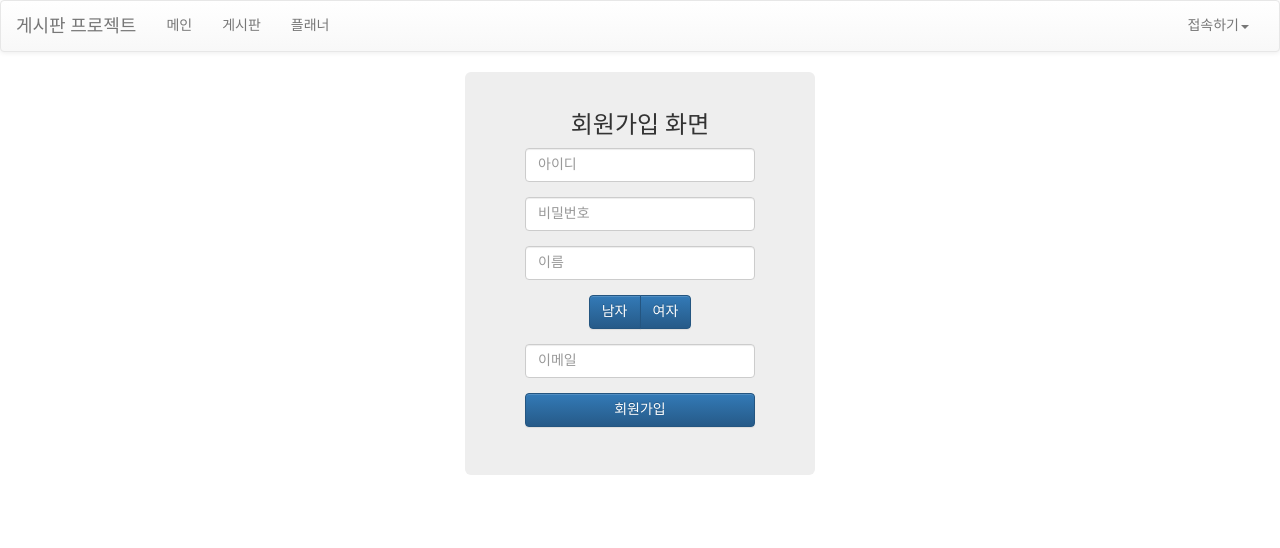
Repository: Seok7975/JSP-Education
Page: http://localhost/ToDoList공유_게시판_ver3/join.jsp
These files come from the project's save history. The page is drawn as it stood at one moment and after the next save; the edit follows.
The browser window is 1280 px wide. The pictures show the whole page.
Some web fonts or font styles are not loaded; a fallback is used. Some web libraries are served in a nearby version. The page is served by Tomcat 9. Other server files are loaded and not shown.

Above is the page before, as saved 2024-06-20 08:20:02.

### List_Projects_ver3/ToDoList공유 게시판_ver3/src/main/webapp/join.jsp
<%@ page language="java" contentType="text/html; charset=UTF-8"
    pageEncoding="UTF-8"%>
<!DOCTYPE html>
<html>
<head>
<meta http-equiv="Content-Type" content="text/html; charset=UTF-8">
<meta name="viewport" content="width=device-width, initial-scale=1">
<!-- Latest compiled and minified CSS -->
<link rel="stylesheet" href="https://cdn.jsdelivr.net/npm/bootstrap@3.3.7/dist/css/bootstrap.min.css" integrity="sha384-BVYiiSIFeK1dGmJRAkycuHAHRg32OmUcww7on3RYdg4Va+PmSTsz/K68vbdEjh4u" crossorigin="anonymous">
<!-- Optional theme -->
<link rel="stylesheet" href="https://cdn.jsdelivr.net/npm/bootstrap@3.3.7/dist/css/bootstrap-theme.min.css" integrity="sha384-rHyoN1iRsVXV4nD0JutlnGaslCJuC7uwjduW9SVrLvRYooPp2bWYgmgJQIXwl/Sp" crossorigin="anonymous">
<!-- jQuery (necessary for Bootstrap's JavaScript plugins) -->
<script src="https://code.jquery.com/jquery-3.1.1.min.js"></script>
<!-- Latest compiled and minified JavaScript -->
<script src="https://cdn.jsdelivr.net/npm/bootstrap@3.3.7/dist/js/bootstrap.min.js" integrity="sha384-Tc5IQib027qvyjSMfHjOMaLkfuWVxZxUPnCJA7l2mCWNIpG9mGCD8wGNIcPD7Txa" crossorigin="anonymous"></script>
<link rel="stylesheet" href="css/jumbotronCustom.css">
<title>JSP 게시판 웹 사이트</title>
</head>
<body>
	<nav class="navbar navbar-default">
		<div class="container-fluid">
			<div class="navbar-header">
				<button type="button" class="navbar-toggle collapsed" data-toggle="collapse" data-target="#bs-example-navbar-collapse-1" aria-expanded="false">
					<span class="sr-only">Toggle navigation</span>
					<span class="icon-bar"></span>
					<span class="icon-bar"></span>
					<span class="icon-bar"></span>
				</button>
				<a class="navbar-brand" href="main.jsp">게시판 프로젝트</a>
			</div>
			<div class="collapse navbar-collapse" id="bs-example-navbar-collapse-1">
				<ul class="nav navbar-nav">
					<li><a href="main.jsp">메인</a></li>
					<li><a href="bbs.jsp">게시판</a></li>
					<li><a href="planner/planner.jsp">플래너</a></li>
				</ul>
				<ul class="nav navbar-nav navbar-right">
					<li class="dropdown">
						<a href="#" class="dropdown-toggle" data-toggle="dropdown" role="button" aria-haspopup="true" aria-expanded="false">접속하기<span class="caret"></span></a>
						<ul class="dropdown-menu">
							<li><a href="login.jsp">로그인</a></li>
							<li class="active"><a href="join.jsp">회원가입</a></li>
						</ul>
					</li>
				</ul>
			</div>
		</div>
	</nav>
	<div class="container">
		<div class="col-lg-4"></div>
		<div class="col-lg-4">
			<div class="jumbotron" style="padding-top: 20px;">
				<form method="post" action="joinAction.jsp">
					<h3 style="text-align: center;">회원가입 화면</h3>
					<div class="form-group">
						<input type="text" class="form-control" placeholder="아이디" name="userID" required maxlength="20">
					</div>
					<div class="form-group">
						<input type="password" class="form-control" placeholder="비밀번호" name="userPassword" required maxlength="20">
					</div>
					<div class="form-group">
						<input type="text" class="form-control" placeholder="이름" name="userName" required maxlength="20">
					</div>
					<div class="form-group" style="text-align: center;">
						<div class="btn-group" data-toggle="buttons">
							<label class="btn btn-primary">
								<input type="radio" name="userGender" value="남자" autocomplete="off" required> 남자 <!-- autocomplete="off" -->
							</label>
							<label class="btn btn-primary">
								<input type="radio" name="userGender" value="여자" autocomplete="off" required> 여자
							</label>
						</div>
					</div>
					<div class="form-group">
						<input type="email" class="form-control" placeholder="이메일" name="userEmail" required maxlength="20">
					</div>
					<input type="submit" class="btn btn-primary form-control" value="회원가입">
				</form>
			</div>
		</div>
		<div class="col-lg-4"></div>
	</div>
</body>
</html>

### List_Projects_ver3/ToDoList공유 게시판_ver3/src/main/webapp/css/jumbotronCustom.css

@import url(http://fonts.googleapis.com/earlyaccess/nanumgothic.css);
@import url(http://fonts.googleapis.com/earlyaccess/hanna.css);
* {
	font-family : 'Nanum Gothic';
}

h1 {
	font-family : 'Hanna';
}

After the next save:
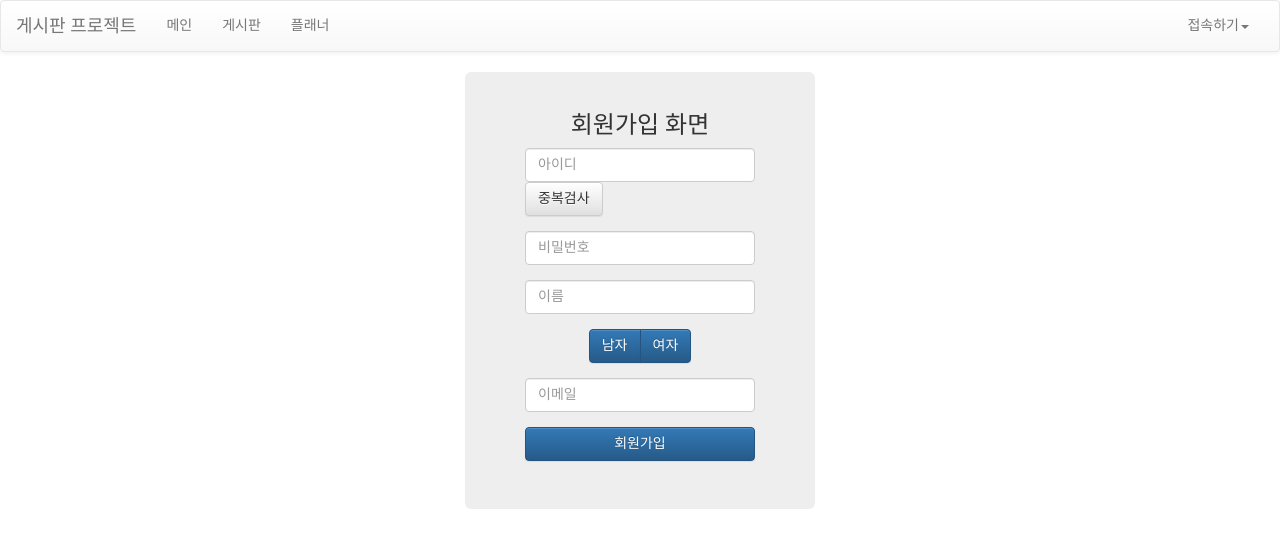
Saved 101 s later.
--- a/List_Projects_ver3/ToDoList공유 게시판_ver3/src/main/webapp/join.jsp
+++ b/List_Projects_ver3/ToDoList공유 게시판_ver3/src/main/webapp/join.jsp
@@ -54,6 +54,7 @@
 					<h3 style="text-align: center;">회원가입 화면</h3>
 					<div class="form-group">
 						<input type="text" class="form-control" placeholder="아이디" name="userID" required maxlength="20">
+						<button type="button" class="btn btn-default" onclick="checkUserId()">중복검사</button>
 					</div>
 					<div class="form-group">
 						<input type="password" class="form-control" placeholder="비밀번호" name="userPassword" required maxlength="20">
